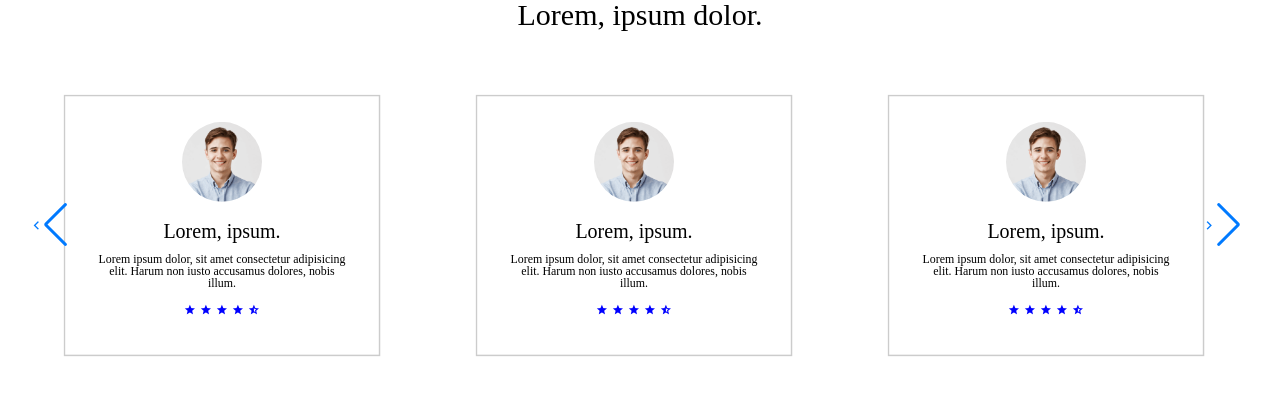
Repository: dinhhaidh/slider-3
Page: index.html
An editor plug-in stored every save of this project. The page is shown before and after a run of saves, followed by the edit.
The browser window is 1280 px wide. The pictures show the whole page.

Above is the page before, as saved 2024-03-22 22:03:23.

### index.html
<!DOCTYPE html>
<html lang="en">
<head>
    <meta charset="UTF-8">
    <meta name="viewport" content="width=device-width, initial-scale=1.0">
    <title>Document</title>
    <link rel="stylesheet" href="https://cdnjs.cloudflare.com/ajax/libs/remixicon/4.2.0/remixicon.min.css">

    <link rel="stylesheet" href="./css/swiper-bundle.min.css">

    <link rel="stylesheet" href="./css/style.css">

</head>
<body>
    <div class="new">
        <h3 class="new__title">
            Lorem, ipsum dolor.
        </h3>

        <div class="new__container container">
            <div class="new__swiper swiper">
                <div  class="swiper-wrapper">
                    <article class="new__card new__article swiper-slide">
                        <img src="./img1.png" alt="" class="new__img">
                        <h3 class="new__subtitle">
                            Lorem, ipsum.
                        </h3>
                        <p class="new__description">
                            Lorem ipsum dolor, sit amet consectetur adipisicing elit. Harum non iusto accusamus dolores, nobis illum.
                        </p>
                        <div class="new__stars">
                            <i class="ri-star-s-fill"></i>
                            <i class="ri-star-s-fill"></i>
                            <i class="ri-star-s-fill"></i>
                            <i class="ri-star-s-fill"></i>
                            <i class="ri-star-half-s-line"></i>
                        </div>
                    </article>

                    <article class="new__card new__article swiper-slide">
                        <img src="./img1.png" alt="" class="new__img">
                        <h3 class="new__subtitle">
                            Lorem, ipsum.
                        </h3>
                        <p class="new__description">
                            Lorem ipsum dolor, sit amet consectetur adipisicing elit. Harum non iusto accusamus dolores, nobis illum.
                        </p>
                        <div class="new__stars">
                            <i class="ri-star-s-fill"></i>
                            <i class="ri-star-s-fill"></i>
                            <i class="ri-star-s-fill"></i>
                            <i class="ri-star-s-fill"></i>
                            <i class="ri-star-half-s-line"></i>
                        </div>
                    </article>

                    <article class="new__card new__article swiper-slide">
                        <img src="./img1.png" alt="" class="new__img">
                        <h3 class="new__subtitle">
                            Lorem, ipsum.
                        </h3>
                        <p class="new__description">
                            Lorem ipsum dolor, sit amet consectetur adipisicing elit. Harum non iusto accusamus dolores, nobis illum.
                        </p>
                        <div class="new__stars">
                            <i class="ri-star-s-fill"></i>
                            <i class="ri-star-s-fill"></i>
                            <i class="ri-star-s-fill"></i>
                            <i class="ri-star-s-fill"></i>
                            <i class="ri-star-half-s-line"></i>
                        </div>
                    </article>
                </div>

                <!-- If we need navigation buttons -->
                <div class="swiper-button-prev">
                    <i class="ri-arrow-left-s-line"></i>
                </div>
                <div class="swiper-button-next">
                    <i class="ri-arrow-right-s-line"></i>
                </div>
            </div>

        </div>
    </div>

    <script src="./js/swiper-bundle.min.js"></script>
    <script src="./js/app.js"></script>
</body>
</html>

### css/style.css
*,
*:before,
*:after {
  box-sizing: border-box;
}
* {
  margin: 0;
  padding: 0;
  font: inherit;
}
img,
picture,
svg,
video {
  display: block;
  max-width: 100%;
}
input,
select,
textarea {
  background-color: transparent;
  outline: none;
}
button {
  cursor: pointer;
  background-color: transparent;
  outline: none;
  border: 0;
}
body {
  min-height: 100vh;
  font-weight: 400;
  font-size: 16px;
  line-height: 1;
}

.container{
  max-width: 1220px;
  Margin-inline: 1.5rem;
}


.new__title{
  font-size: 30px;
  margin-bottom: 2rem;
  text-align: center;
}

.new__card{
  scale: .8;
}
.new .swiper-slider-active,
.new .swiper-slide-duplicate-active{
  scale: 1;
}

.new__article{
  padding: 2rem 2.5rem 3rem;
  text-align: center;
  border: 2px solid #ccc;
}
.new__img{
  width: 100px;
  border-radius: 50%;
  margin: 0 auto 1.5rem;
}
.new__subtitle{
  margin-bottom: 1rem;
  font-size: 25px;
}
.new__description{
  font-size: 0.93rem;
  margin-bottom: 1rem;
}
.new__stars{
  color: blue;
}

.swiper-button-next::after,
.swiper-button-prev:a

### js/app.js

let swiperNew = new Swiper('.new__swiper', {
    loop: true,
    spaceBetween: 16,
    slidesPerView: 'auto',
    centeredSlides: true,


     // Navigation arrows
    navigation: {
        nextEl: '.swiper-button-next',
        prevEl: '.swiper-button-prev',
    },

    breakpoints: {
        1150: {
            slidesPerView: 3,
            centeredSlides: false,
        }
    }
});

Loaded but not shown: css/swiper-bundle.min.css (library); js/swiper-bundle.min.js (library)

After the next 2 saves:
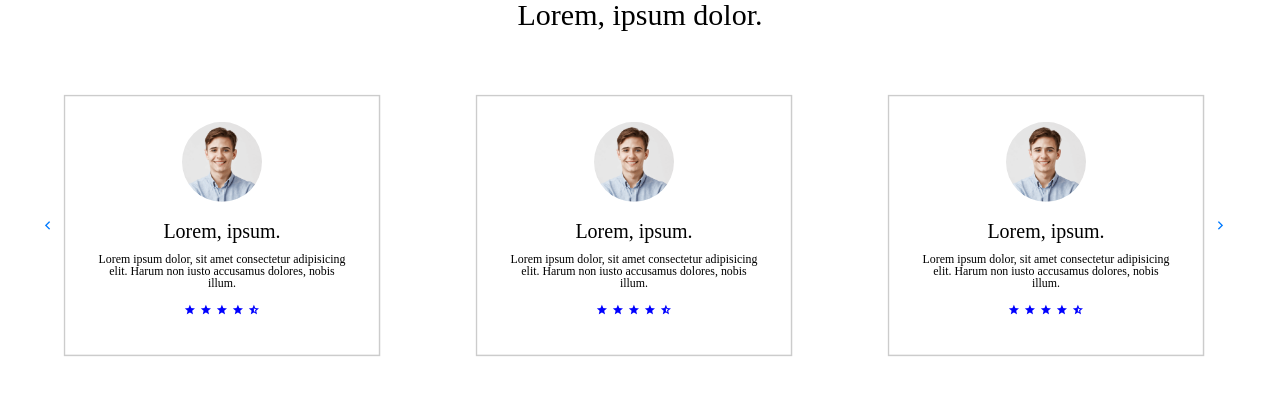
The 2 saves are shown as one change because they came seconds apart.
The last was saved 9 s later.
--- a/css/style.css
+++ b/css/style.css
@@ -77,4 +77,6 @@ body {
 }
 
 .swiper-button-next::after,
-.swiper-button-prev:a
+.swiper-button-prev::after{
+  content: '';
+}
